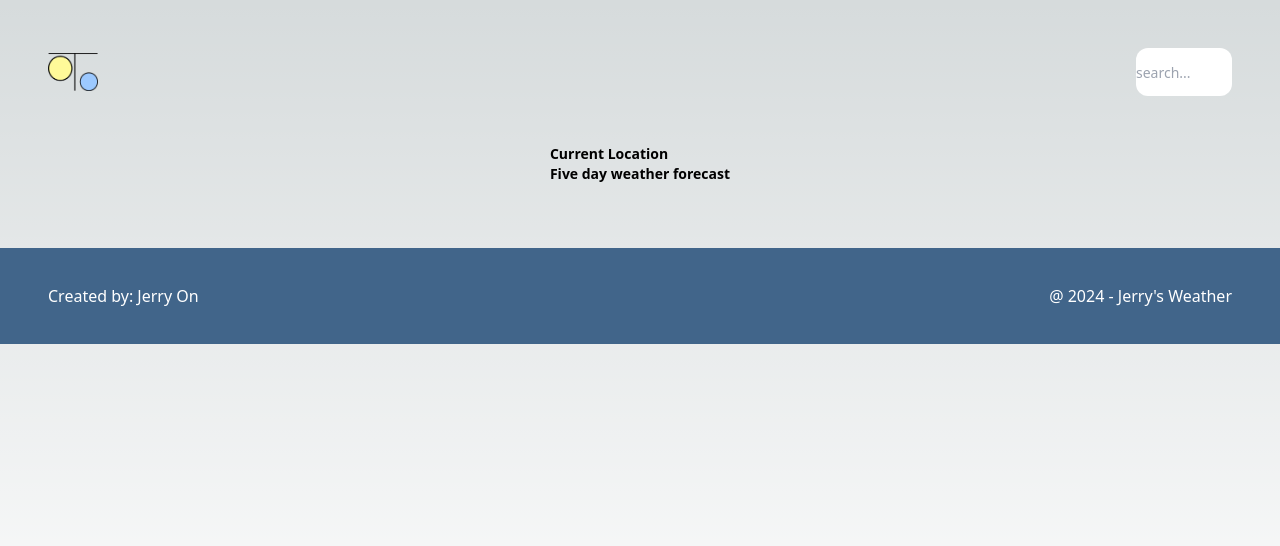
Repository: JerryWuOn/weatherAppMid
Page: /
An editor plug-in stored every save of this project. The page is shown before and after the next save, followed by the edit.
The browser window is 1280 px wide. The pictures show the whole page.
The page's requests for data from a server got no answer. The project was rebuilt for these pictures with package versions that can differ from the ones it lists, and the page was loaded fresh each time. The framework's server and built-in components were replaced by stand-ins that run in the browser. No one was signed in, and anything a server would have sent is missing. Also part of the build but not shown: next.config.mjs.

Above is the page before, as saved 2024-02-12 16:54:13.

### src/pages/index.tsx

import Header from "@/components/Header";
import Footer from "@/components/Footer";
import { useState, useEffect } from "react";

export default function Home() {
  const [data,setData] = useState<IWeather | null>(null);
  const apiKey = "fa86376a0b2615057a19374755185488"
  const API_URL = `https://api.openweathermap.org/data/2.5/weather?&appid=${apiKey}`


  useEffect(() => {
    fetch(API_URL)
      .then(response => response.json())
      .then(response => {
        console.log(response);
        setData(response);
      })
      .catch(err => {
        console.log(err);
      })
  },[])
  return (
    <main className="flex flex-col min-h-screen w-full">
      <div className="flex flex-col w-5xl justify-between w-full items-center  text-sm ">
        <div className="flex flex-row w-full items-center justify-between gap-x-4 p-12">
          <Header></Header>
        </div>
        <div className="flex flex-col">
          <div className="font-bold">Current Location</div>
          <div className="font-bold">Five day weather forecast</div>

          {data && data.main && (
            <div>
              <h1>Temperature: {data.main.temp}</h1>
              <h1>Feels Like: {data.main.feels_like}</h1>
            </div>
          )}
        </div>
        </div>

        <div className="flex bg-footer w-full bg-fixed text-white mt-16 px-12">
          <div className="flex h-24 w-full items-center justify-between">
            <Footer/>
          </div>
        </div>

    </main>
  );
}

### src/components/Header/index.tsx
import Image from "next/image"

import Logo from "../../../public/images/jerryWeather.png"


export default function Header(){
    return (
        <div className="flex w-full">
            <div className="flex flex-row w-full items-center justify-between gap-x-4 ">
                <div className="flex justify-between">
                    <Image src={Logo} alt="logo" width={50} height={50}/>
                </div>
                <form>
                    <input className="rounded-xl h-12 w-24" type="text" placeholder="search..."/>
                </form>
            </div>
        </div>
    )
}

### src/components/Footer/index.tsx
export default function Footer(){
    return (
        <div className="flex w-full items-center ">
            <div className="flex w-full items-center justify-between">
                <div className="flex px-18">
                    Created by: Jerry On
                </div>
                <div className="flex px-18">
                    @ 2024 - Jerry's Weather
                </div>
            </div>
        </div>
    )
}

### tailwind.config.ts
import type { Config } from "tailwindcss";

const config: Config = {
  content: [
    "./src/pages/**/*.{js,ts,jsx,tsx,mdx}",
    "./src/components/**/*.{js,ts,jsx,tsx,mdx}",
    "./src/app/**/*.{js,ts,jsx,tsx,mdx}",
  ],
  theme: {
    colors: {
      'footer' : '#41658A',
      'white' : '#FFFFFF'
    },
    extend: {
      backgroundImage: {
        "gradient-radial": "radial-gradient(var(--tw-gradient-stops))",
        "gradient-conic":
          "conic-gradient(from 180deg at 50% 50%, var(--tw-gradient-stops))",
      },
    },
  },
  plugins: [],
};
export default config;

Loaded but not shown: src/pages/_app.tsx (common file); src/pages/_document.tsx (common file); src/styles/globals.css (common file)

After the next save:
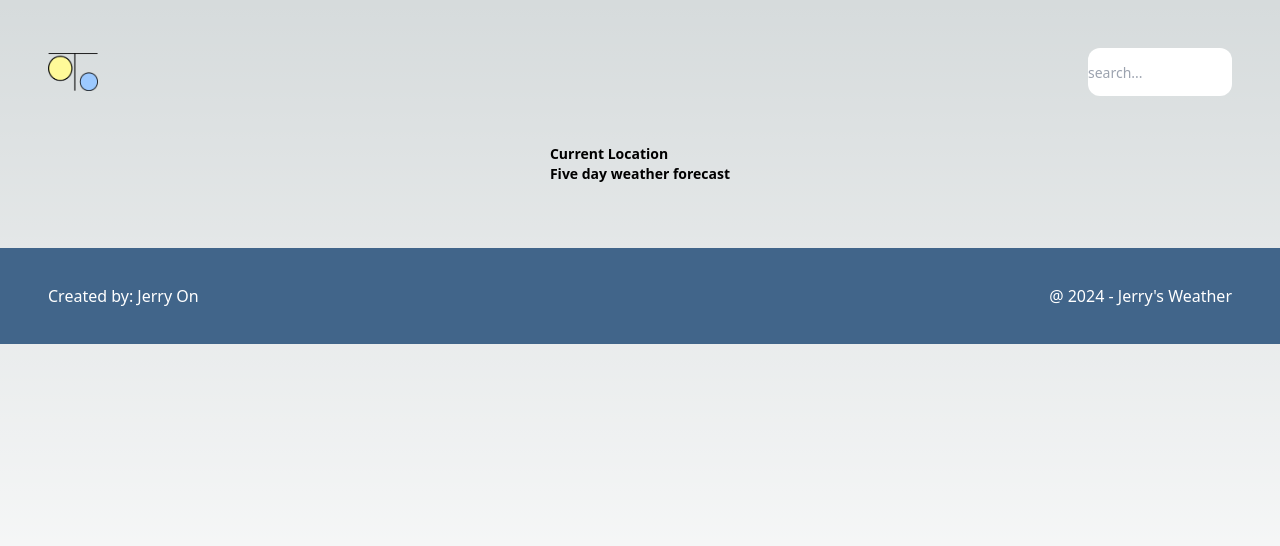
Saved 22 s later.
--- a/src/components/Header/index.tsx
+++ b/src/components/Header/index.tsx
@@ -11,7 +11,7 @@ export default function Header(){
                     <Image src={Logo} alt="logo" width={50} height={50}/>
                 </div>
                 <form>
-                    <input className="rounded-xl h-12 w-24" type="text" placeholder="search..."/>
+                    <input className="rounded-xl h-12 w-36" type="text" placeholder="search..."/>
                 </form>
             </div>
         </div>
